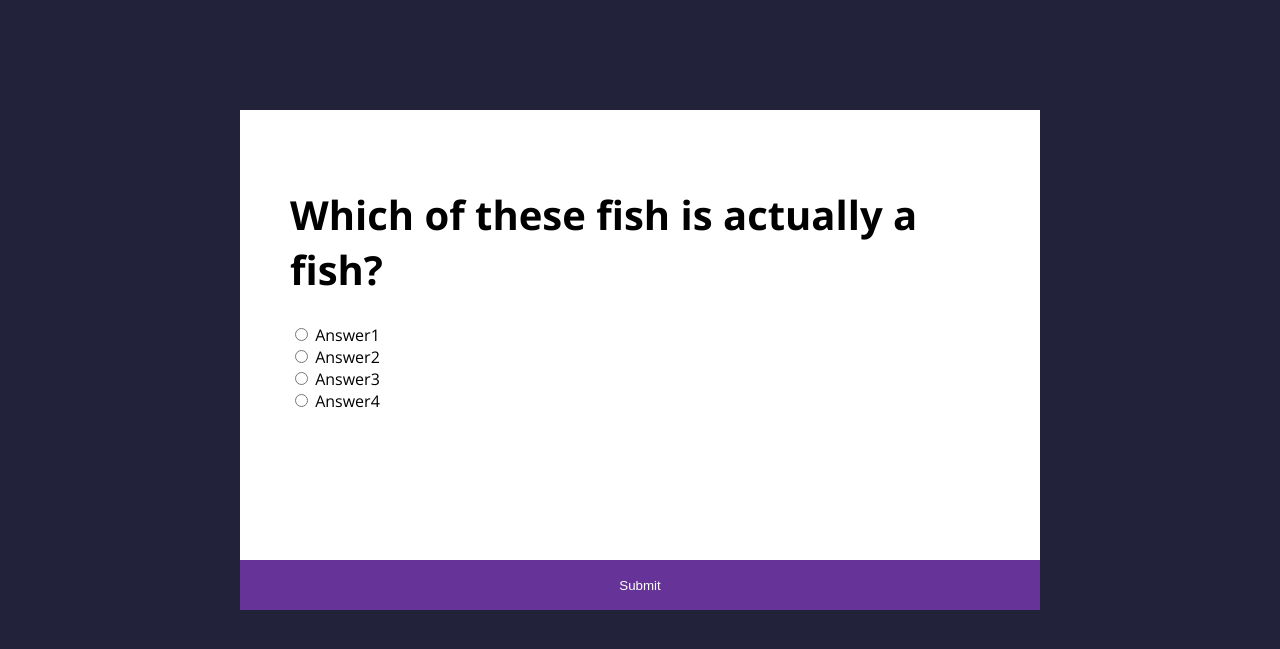
Repository: Wanglongzhi2001/Learn-javascript
Page: quiz/quiz.html
These files come from the project's save history. The page is drawn as it stood at one moment and after the next save; the edit follows.
The browser window is 1280 px wide. The pictures show the whole page.

Above is the page before, as saved 2023-02-02 19:38:32.

After the next save:
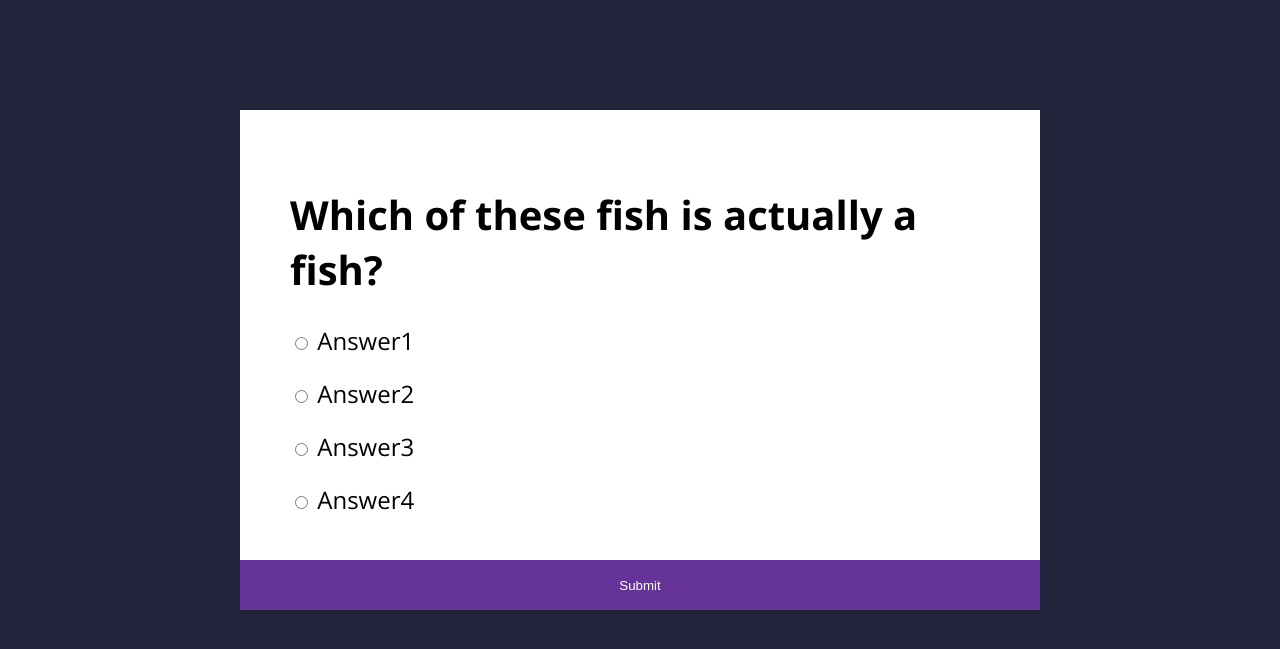
Saved 43 s later.
--- a/quiz/quiz.css
+++ b/quiz/quiz.css
@@ -21,6 +21,11 @@ body{
 .question{
     font-size: 40px;
 }
+
+.answer{
+    font-size: 24px;
+    margin-bottom: 20px;
+}
 /* 使用绝对位置调整submit按钮位置 */
 .submit{
     background-color: rebeccapurple;
